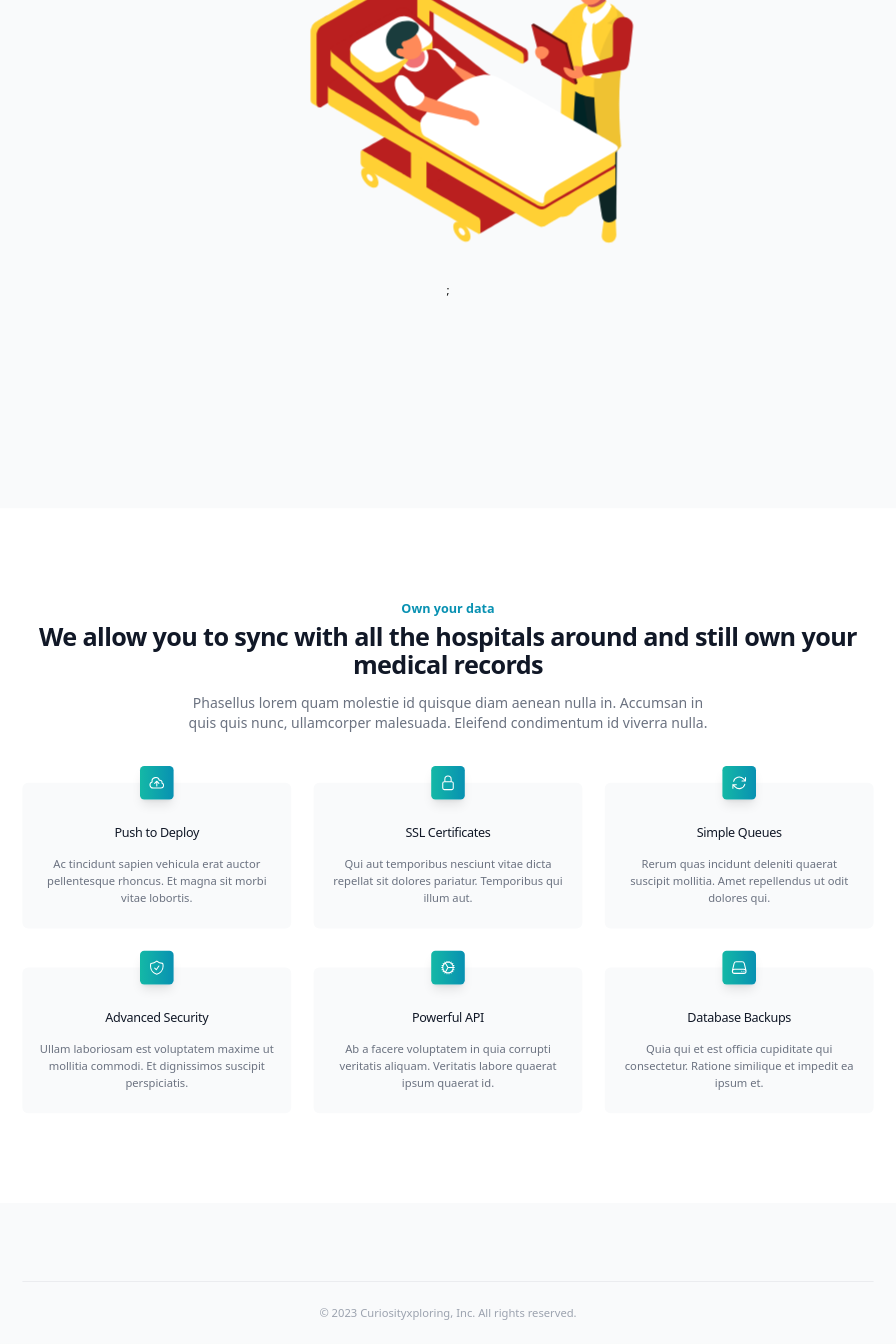
Repository: VinceBrun/medical-web3-app
Page: /
An editor plug-in stored every save of this project. The page is shown before and after a run of saves, followed by the edit.
The browser window is 1280 px wide. The pictures show the part of the page from y = 1515 to 3435 px (the page is 3435 px tall before and 3395 px after), at 70% of full size.
The project was rebuilt for these pictures with package versions that can differ from the ones it lists, and the page was loaded fresh each time. The framework's server and built-in components were replaced by stand-ins that run in the browser. Also part of the build but not shown: next.config.js, styles/Home.module.css.

Above is the page before, as saved 2023-01-16 17:41:57.

After the next 4 saves:
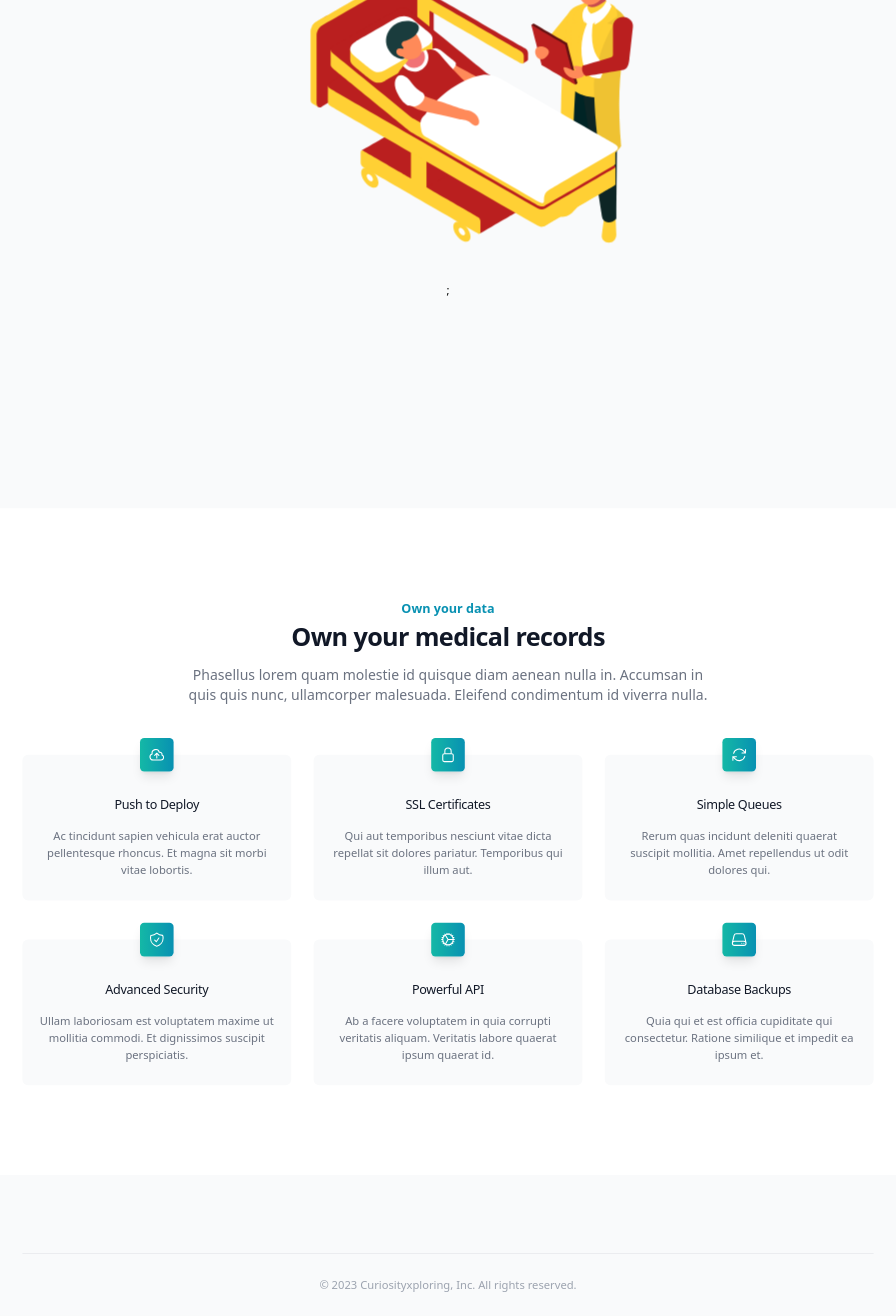
The 4 saves are shown as one change because they came seconds apart.
The last was saved 15 s later.
--- a/components/Landing.jsx
+++ b/components/Landing.jsx
@@ -421,7 +421,7 @@ export default function Landing() {
               Own your data
               </h2>
               <p className="mt-2 text-3xl font-bold tracking-tight text-gray-900 sm:text-4xl">
-                We allow you to sync with all the hospitals around and still own your medical records
+                Own your medical records
               </p>
               <p className="mx-auto mt-5 max-w-prose text-xl text-gray-500">
                 Phasellus lorem quam molestie id quisque diam aenean nulla in.
